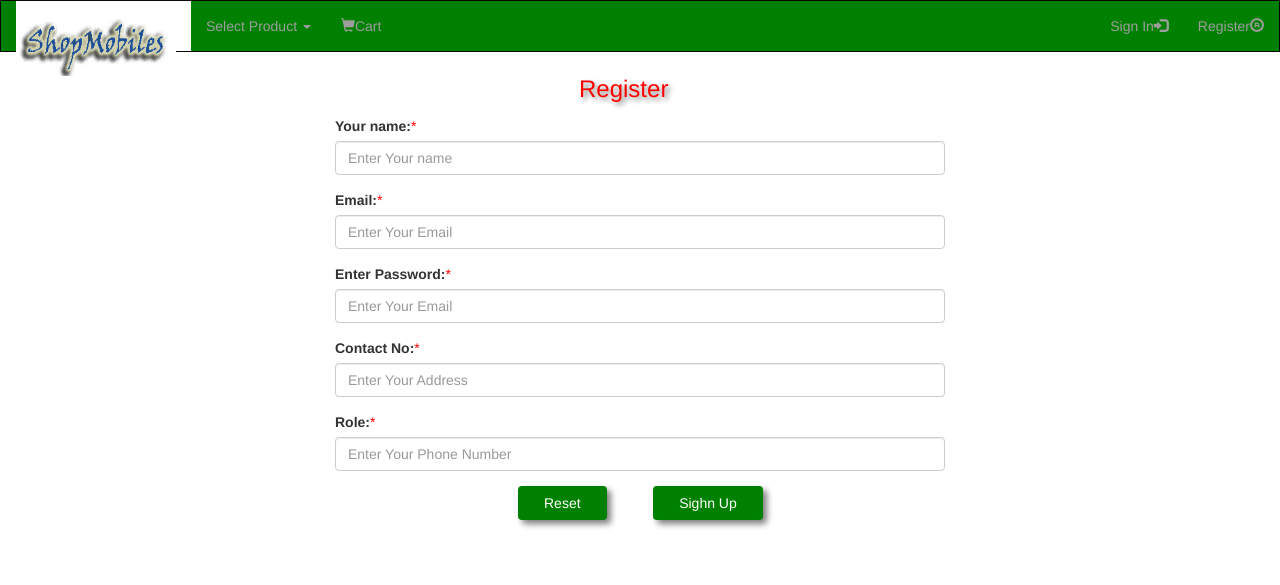
Repository: KoustabhBiswas/Final-Ecommerce-Project
Page: http://localhost/ecommerce1/WEB-INF/views/register.jsp
The author's editor kept a copy of each file at every save. The page is drawn from the files as they stood at one save, then again after the next save.
The browser window is 1280 px wide. The pictures show the whole page.
Some web libraries are served in a nearby version. The page is served by Tomcat 9. Nobody is signed in. The template is opened directly, without the code that normally fills it, so the values that code supplies are empty.

Above is the page before, as saved 2017-09-17 12:08:50.

After the next save:
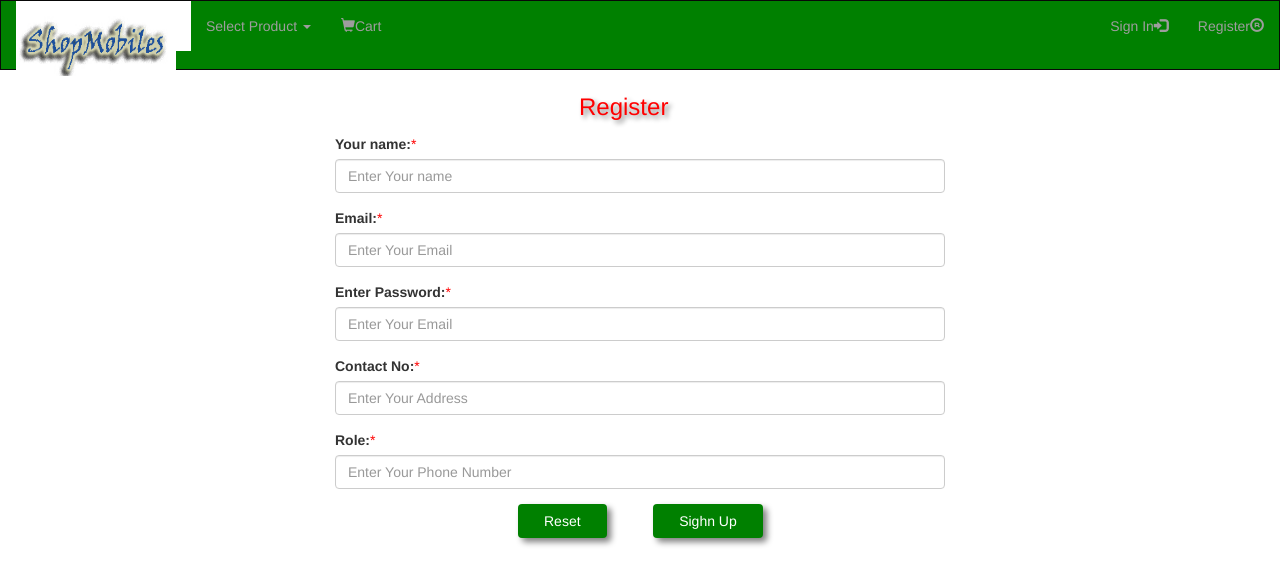
Saved 34 s later.
--- a/Final Ecommerce Project/Ecommerce_Project-master/project/ecommerce1/src/main/webapp/WEB-INF/views/shared/navbar.jsp
+++ b/Final Ecommerce Project/Ecommerce_Project-master/project/ecommerce1/src/main/webapp/WEB-INF/views/shared/navbar.jsp
@@ -12,7 +12,7 @@ nav {
 
 <div class="row" style="border-bottom-style: none;">
 	<nav class="navbar navbar-inverse"
-		style="background-color: green; border-radius: 0px; color: white;">
+		style="background-color: green; border-radius: 0px; color: white; height:70px">
 		<div class="container-fluid">
 			<div class="navbar-header" style="background-color:white; right:5%;">
 				<a class="navbar-brand" href="home" ><img
